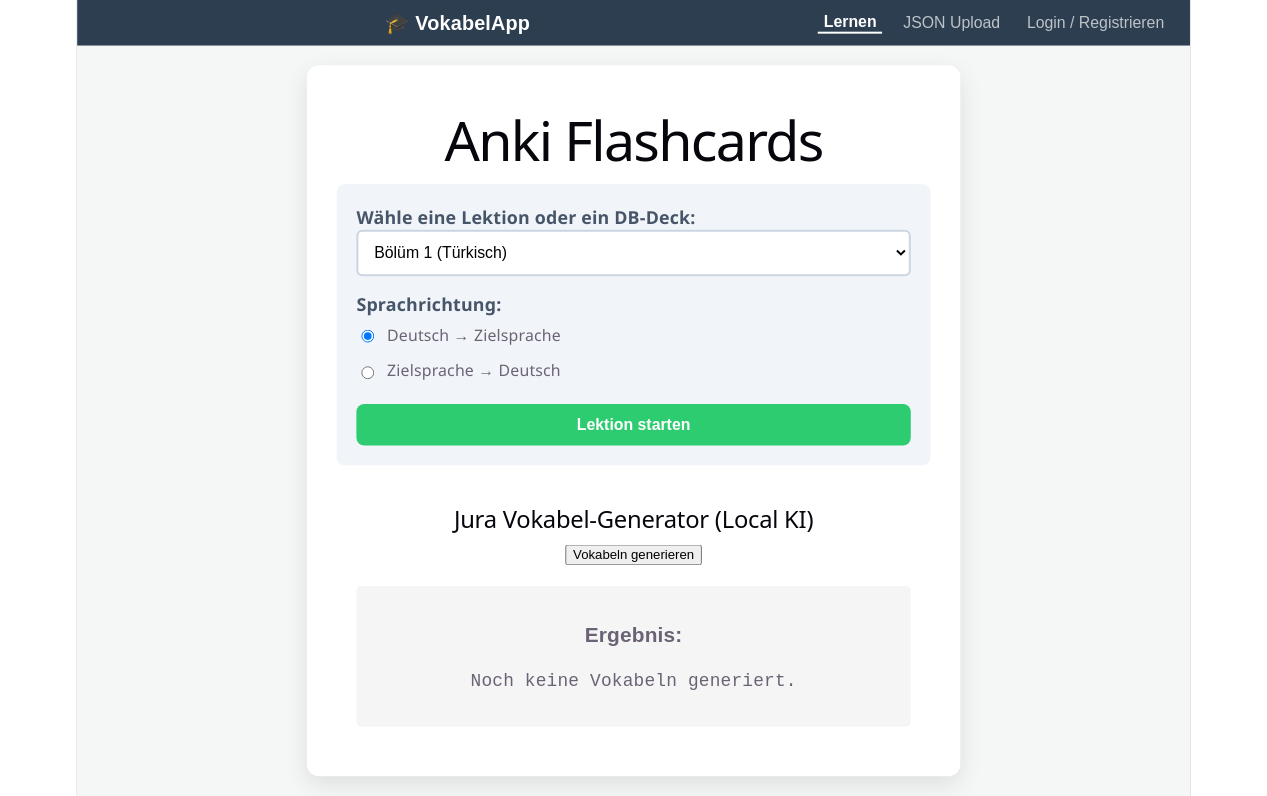
Repository: NoelPreissler/AnkiApp
Page: /
An editor plug-in stored every save of this project. The page is shown before and after the next save, followed by the edit.
The browser window is 1280 px wide. The pictures show the whole page, at 99% of full size.
The project was rebuilt for these pictures with package versions that can differ from the ones it lists, and the page was loaded fresh each time. Also part of the build but not shown: vite.config.js, src/Auth.js, src/Upload.jsx.

Above is the page before, as saved 2026-06-25 08:42:48.

After the next save:
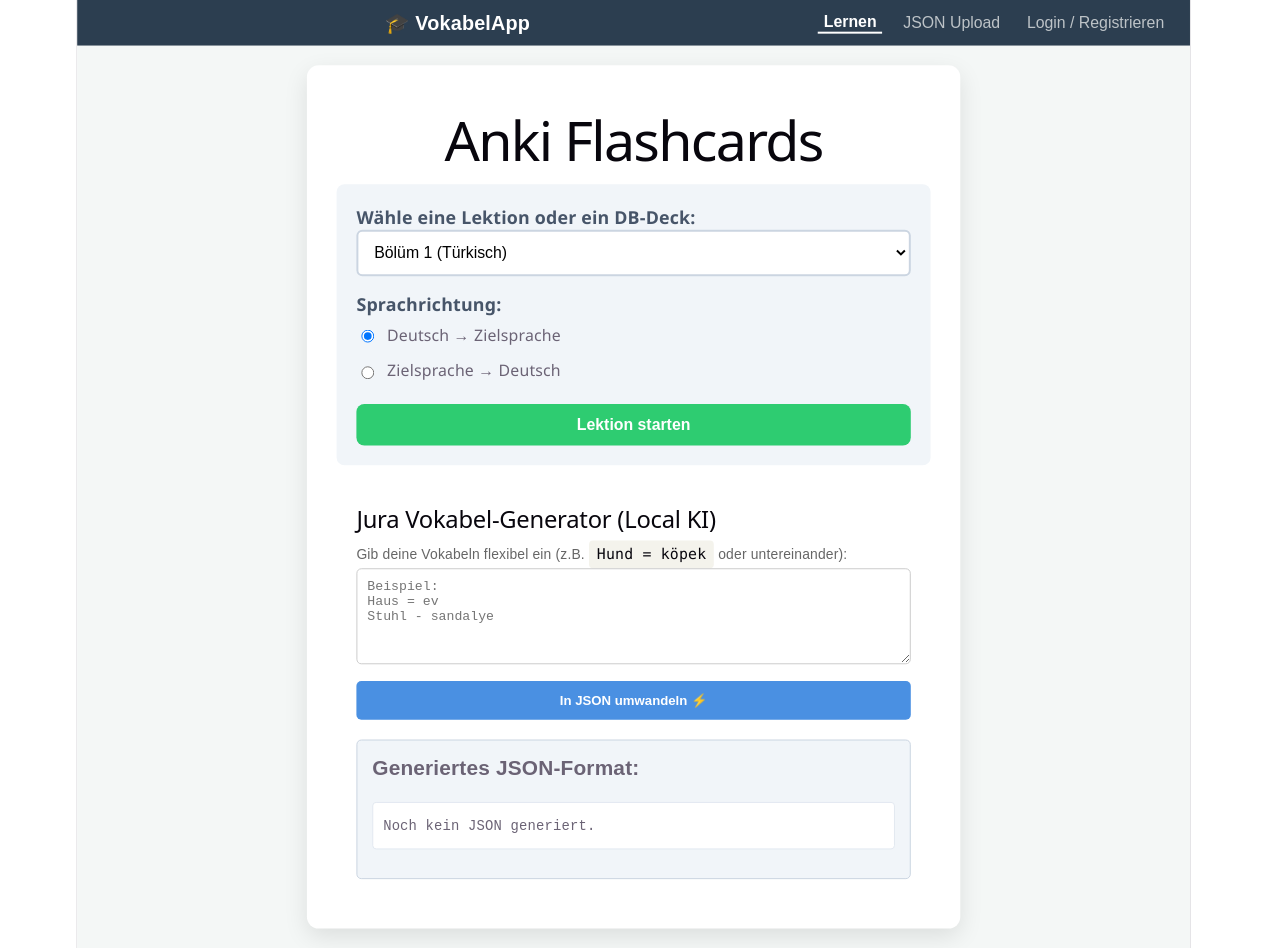
Saved 7 h 9 min later.
--- a/src/KIVocabs.jsx
+++ b/src/KIVocabs.jsx
@@ -1,12 +1,18 @@
 import React, { useState } from 'react';
 
 export default function VokabelGenerator() {
+  const [inputText, setInputText] = useState(''); // State für die Benutzereingabe
   const [loading, setLoading] = useState(false);
   const [response, setResponse] = useState('');
 
-  const holeVokabeln = async () => {
+  const konvertiereInJson = async () => {
+    if (!inputText.trim()) {
+      setResponse('Bitte gib zuerst ein paar Vokabeln ein.');
+      return;
+    }
+
     setLoading(true);
-    setResponse('');
+    setResponse(''); // Altes Ergebnis leeren
 
     try {
       const res = await fetch('http://193.197.231.68:11434/api/generate', {
@@ -15,33 +21,74 @@ export default function VokabelGenerator() {
           'Content-Type': 'application/json',
         },
         body: JSON.stringify({
-          model: 'qwen2.5:0.5b ', // Dein blitzschnelles Modell
-          prompt: 'Gib mir 10 Vokabeln auf Türkisch und Deutsch als JSON-Array.',
-          stream: false, // Wichtig: Wartet, bis die Antwort komplett fertig ist
+          model: 'qwen2.5:0.5b', // Dein blitzschnelles Modell
+          prompt: `Du bist ein Daten-Parser. Deine einzige Aufgabe ist es, eine Liste von Vokabeln, die der Benutzer eingibt, in ein valides JSON-Array zu verwandeln.
+
+Nutze exakt dieses Format: [{"vorn": "Wort1", "hinten": "Wort2"}]
+
+Beispiel 1:
+Eingabe: Hund = köpek, Katze - kedi
+Ausgabe: [{"vorn": "Hund", "hinten": "köpek"}, {"vorn": "Katze", "hinten": "kedi"}]
+
+Beispiel 2:
+Eingabe:
+Apfel: apple
+Brot: ekmek
+Ausgabe: [{"vorn": "Apfel", "hinten": "apple"}, {"vorn": "Brot", "hinten": "ekmek"}]
+
+Hier ist die echte Eingabe des Benutzers, konvertiere sie jetzt:
+${inputText}`, // Nutzt den Text aus der Textarea
+
+          format: 'json', // Zwingt Ollama, nur JSON auszugeben
+          stream: false,  // Wartet auf die vollständige Antwort
         }),
       });
 
       const data = await res.json();
-      setResponse(data.response);
+
+      // Das rohe JSON-String-Ergebnis der KI lesbar formatiert (mit Einrückungen) anzeigen
+      // data.response ist bereits ein valider JSON-String, wir machen ihn nur "schön"
+      const schoenesJson = JSON.stringify(JSON.parse(data.response), null, 2);
+
+      setResponse(schoenesJson);
+
     } catch (error) {
-      console.error('Fehler beim Laden der KI:', error);
-      setResponse('Fehler: Konnte Verbindung zu Ollama nicht herstellen.');
+      console.error("Fehler beim Formatieren durch die KI:", error);
+      setResponse('Fehler bei der Kommunikation mit der KI.');
     } finally {
-      setLoading(false);
+      setLoading(false); // Lade-Status wieder auf false setzen
     }
   };
 
   return (
-    <div style={{ padding: '20px', fontFamily: 'sans-serif' }}>
+    <div style={{ padding: '20px', fontFamily: 'sans-serif', textAlign: 'left' }}>
       <h2>Jura Vokabel-Generator (Local KI)</h2>
-      <button onClick={holeVokabeln} disabled={loading}>
-        {loading ? 'KI überlegt...' : 'Vokabeln generieren'}
+
+      <p style={{ fontSize: '14px', color: '#666' }}>
+        Gib deine Vokabeln flexibel ein (z.B. <code>Hund = köpek</code> oder untereinander):
+      </p>
+
+      <textarea
+        rows="5"
+        style={{ width: '100%', boxSizing: 'border-box', padding: '10px', borderRadius: '5px', border: '1px solid #ccc', marginBottom: '10px' }}
+        placeholder="Beispiel:&#10;Haus = ev&#10;Stuhl - sandalye"
+        value={inputText}
+        onChange={(e) => setInputText(e.target.value)}
+        disabled={loading}
+      />
+
+      <button
+        onClick={konvertiereInJson}
+        disabled={loading}
+        style={{ width: '100%', padding: '12px', backgroundColor: '#4a90e2', color: 'white', border: 'none', borderRadius: '5px', fontWeight: 'bold', cursor: loading ? 'not-allowed' : 'pointer' }}
+      >
+        {loading ? 'KI konvertiert Daten...' : 'In JSON umwandeln ⚡'}
       </button>
 
-      <div style={{ marginTop: '20px', background: '#f5f5f5', padding: '15px', borderRadius: '5px' }}>
-        <h3>Ergebnis:</h3>
-        <pre style={{ whiteSpace: 'pre-wrap' }}>
-          {response || 'Noch keine Vokabeln generiert.'}
+      <div style={{ marginTop: '20px', background: '#f1f5f9', padding: '15px', borderRadius: '5px', border: '1px solid #cbd5e1' }}>
+        <h3 style={{ marginTop: 0 }}>Generiertes JSON-Format:</h3>
+        <pre style={{ whiteSpace: 'pre-wrap', backgroundColor: '#fff', padding: '10px', borderRadius: '4px', border: '1px solid #e2e8f0', fontFamily: 'monospace', fontSize: '14px' }}>
+          {response || 'Noch kein JSON generiert.'}
         </pre>
       </div>
     </div>
